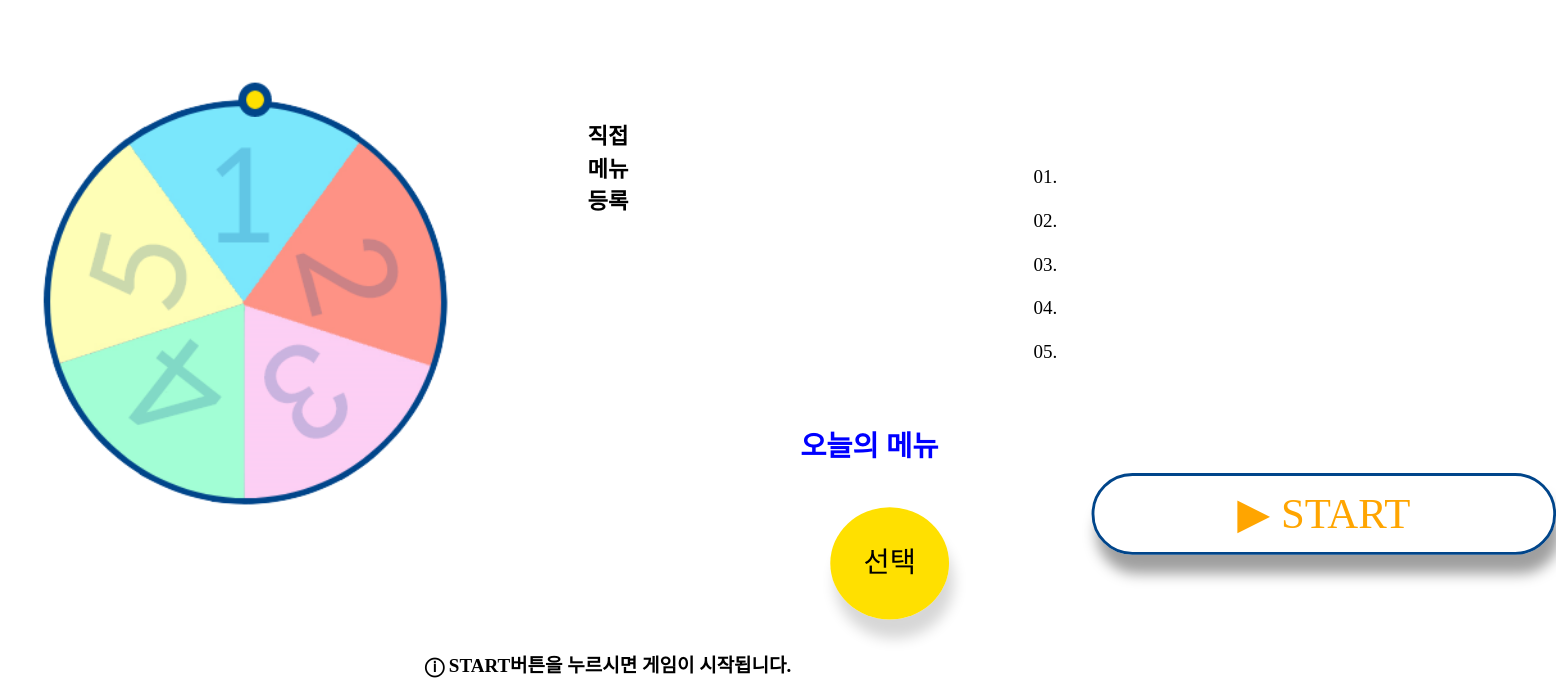
Repository: hkh00700/JustDoEat_Web
Page: http://localhost/justdoeat/WEB-INF/views/game/roulette.jsp
The author's editor kept a copy of each file at every save. The page is drawn from the files as they stood at one save, then again after the next save.
The browser window is 1280 px wide. The page is 1638 px wide, so the pictures cover 1638 px, including what lies to the right of the window. The pictures show the whole page, at 95% of full size.
The page is served by Tomcat 9. Nobody is signed in. Other server files are loaded and not shown. The template is opened directly, without the code that normally fills it, so the values that code supplies are empty.

Above is the page before, as saved 2021-05-19 00:55:54.
Console error: TypeError: Cannot read properties of null (reading 'addEventListener')

### justdoeat/src/main/webapp/WEB-INF/views/game/roulette.jsp
<%@ page language="java" contentType="text/html; charset=UTF-8"
    pageEncoding="UTF-8"%>
<%@taglib uri="http://java.sun.com/jsp/jstl/core" prefix="c" %>
<!DOCTYPE html>
<html>
<head>
<meta charset="UTF-8">
<title>Insert title here</title>
<script type="text/javascript">
const roulette = document.querySelector(".roulette");
const trigger = document.querySelector(".trigger");
trigger.addEventListener("click", onClickTrigger);

function onClickTrigger(e) {
  roulette.classList.add("loop");
}

/* float rnd = Random.Range(0.0f, 0.5f);

this.transform.rotation = Quaternion.Euler(and, 0.0f, 0.0f);

Math.floor(Math.rand()*100) */


</script>

<style type="text/css">
@keyframes rotation {
   from {
     transform: rotate(0deg);
   }
   to {
     transform: rotate(7045deg);
   }
 }


.roulette.loop {
  animation: rotation 7s ease-in-out forwards;
}

.content{
position:relative;
height: 720px;
text-align: center;
font-size: 20px;
}
h3{
position:absolute;
margin-top:-350px;
margin-left: 600px;
right: 600px;

}
.num{
position:absolute;
margin-left: 1080px;
margin-top:-300px;

}
.menu{
position:absolute;
margin-left: 1160px;
margin-top: -300px;
}

.content img{

 width: 425.8px;
  height: 425.8px;
  margin: 19.4px 0 0;
  padding: 1.6px 56.6px 9.7px 46.9px;
  position:relative;
  top:70px;
  left: -600px;

}
.content img::after {
   width: 425.8px;
  height: 425.8px;
  margin: 19.4px 0 0;
  padding: 1.6px 56.6px 9.7px 46.9px;
  position:relative;
  top:70px;
  left: -600px;
  transform:rotate(180deg);
  }

#pin{
z-index:1;
position:relative;
left:-105px;
margin-top:100px;
width: 35px;
height: 36px;
margin: 0 194.9px 409.2px 195.9px;
padding: 9px 8px 8px;
}
h2{
margin-left:550px;
margin-top:-30px;
color: blue;

}
.content2 a:first-of-type{
width: 650px;
height: 120px;
margin: 40px 23px 42px 30px;
padding: 15px 150px 15px 150px;
border-radius: 60px;
box-shadow: 5px 20px 15px 0 rgba(0, 0, 0, 0.38);
border: solid 3px #00458a;
text-align: center;
font-size: 45px;
position: relative;
left: 750px;
color: orange;
}
.select{
 width: 100px;
  height: 100px;
  margin: 40px 157px 42px 23px;
  padding: 41px 35px 44px;
  box-shadow: 5px 20px 15px 0 rgba(0, 0, 0, 0.16);
  background-color: #ffe000;
  border-radius: 50%;
  font-size: 30px;
  margin-left: 750px;
}
.content2 img{
position: absolute;
top:-100px;
}


</style>
</head>
<body>
<div class="content">
<img src='imgs/pin.png'alt="룰렛" id="pin"/>
<img src='imgs/roulette.png' alt="룰렛" class="roulette"/>
	<h3>직접 메뉴 등록</h3>
	<div class="num">
	01.<br/><br/>
	02.<br/><br/>
	03.<br/><br/>
	04.<br/><br/>
	05.<br/><br/>
	</div>
	<div class="menu">
	 <c:forEach items="${edtos }" var="vo">
		 ${vo.food }            <br/><hr/>
	</c:forEach>
	</div>
	<div class="content2">
	<h2>오늘의 메뉴</h2>
	<a class="trigger">▶ START</a><img src='imgs/reset.png' alt="다시추천"/><a class='select'>선택</a>
	<br/><br/><br/><h4>ⓘ START버튼을 누르시면 게임이 시작됩니다.</h4>
	</div>
</div>
</body>
</html>

After the next save:
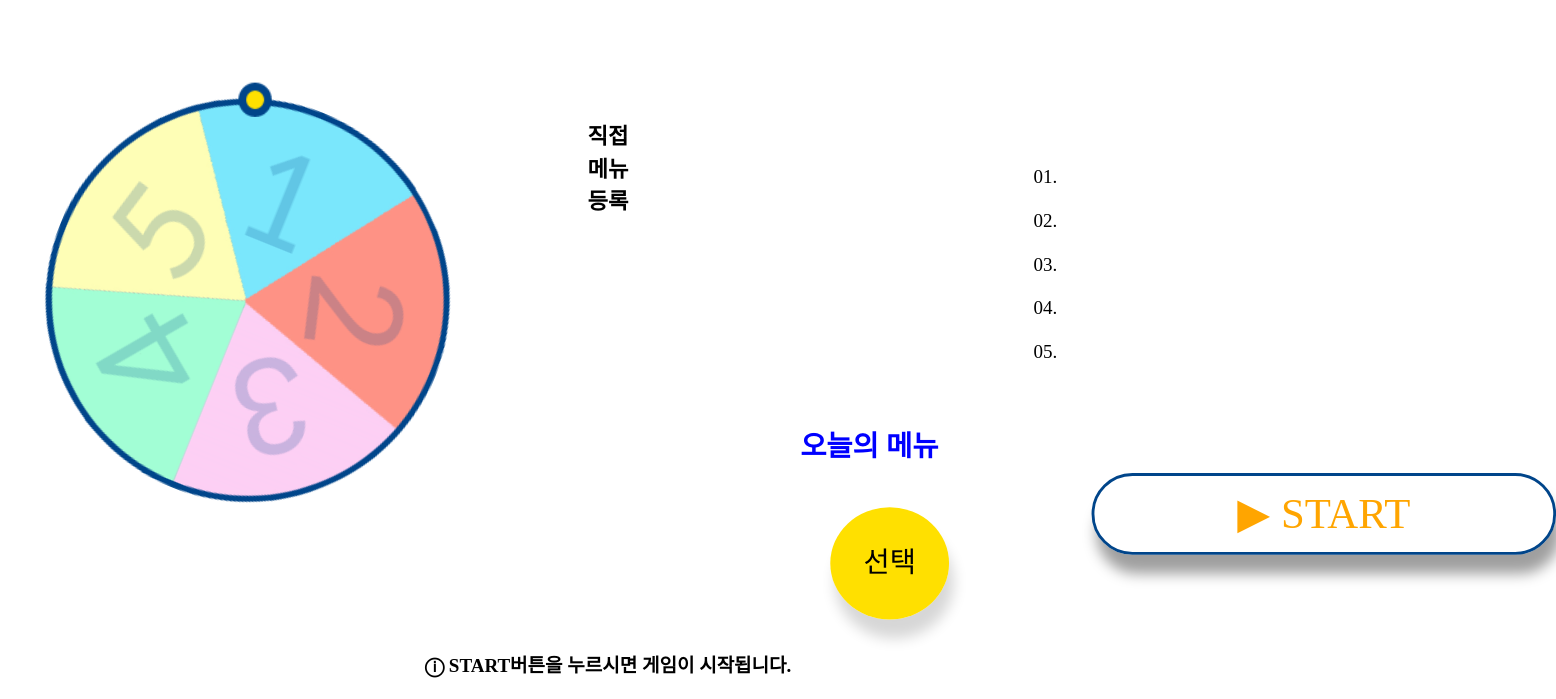
Saved 78 s later.
--- a/justdoeat/src/main/webapp/WEB-INF/views/game/roulette.jsp
+++ b/justdoeat/src/main/webapp/WEB-INF/views/game/roulette.jsp
@@ -75,16 +75,6 @@
   left: -600px;
 
 }
-.content img::after {
-   width: 425.8px;
-  height: 425.8px;
-  margin: 19.4px 0 0;
-  padding: 1.6px 56.6px 9.7px 46.9px;
-  position:relative;
-  top:70px;
-  left: -600px;
-  transform:rotate(180deg);
-  }
 
 #pin{
 z-index:1;
@@ -131,7 +121,9 @@
 position: absolute;
 top:-100px;
 }
-
+.roulette{
+	 transform: rotate(22deg);
+}
 
 </style>
 </head>
